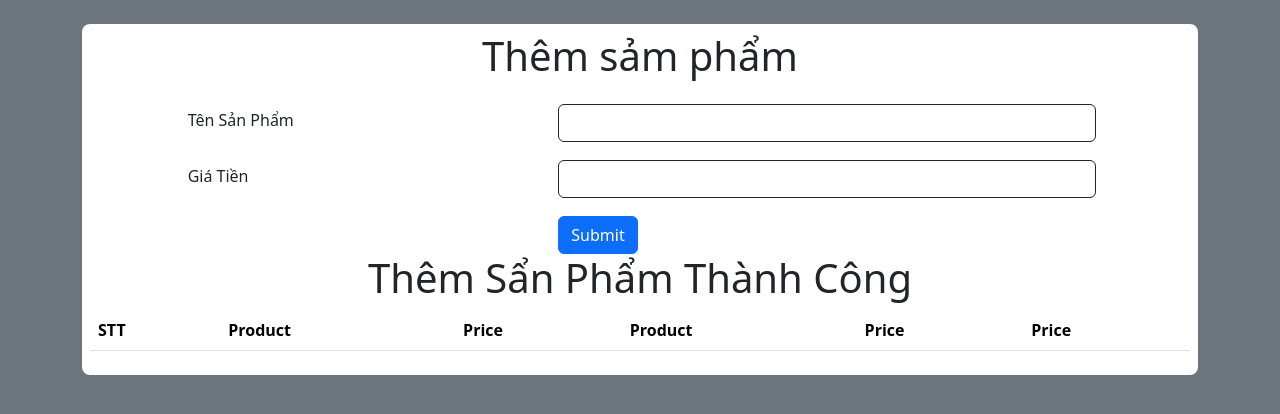
Repository: HT-35/iuh
Page: thi GK/index.html
An editor plug-in stored every save of this project. The page is shown before and after the next save, followed by the edit.
The browser window is 1280 px wide. The pictures show the whole page.

Above is the page before, as saved 2024-03-28 07:00:29.

After the next save:
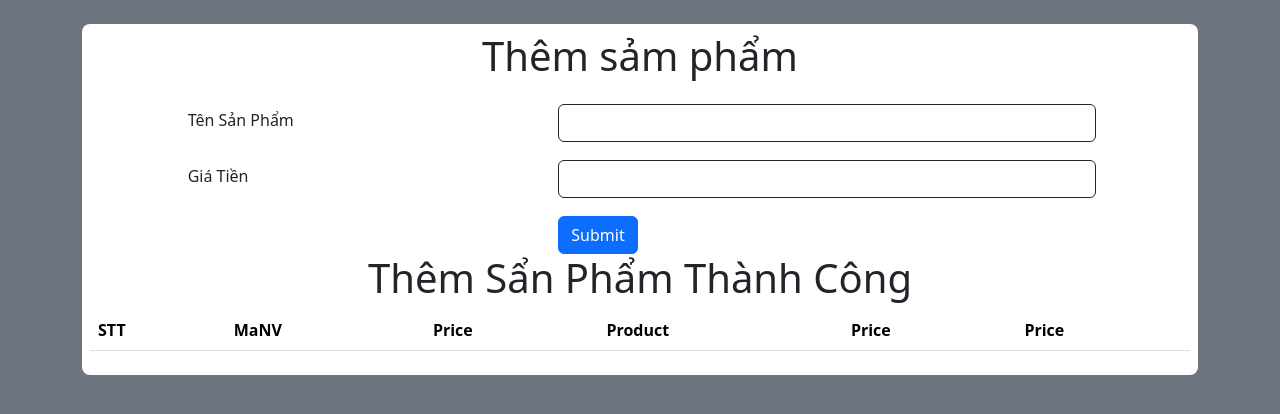
Saved 44 s later.
--- a/thi GK/index.html
+++ b/thi GK/index.html
@@ -68,7 +68,7 @@
                 <thead>
                   <tr>
                     <th>STT</th>
-                    <th>Product</th>
+                    <th>MaNV</th>
                     <th>Price</th>
                     <th>Product</th>
                     <th>Price</th>
